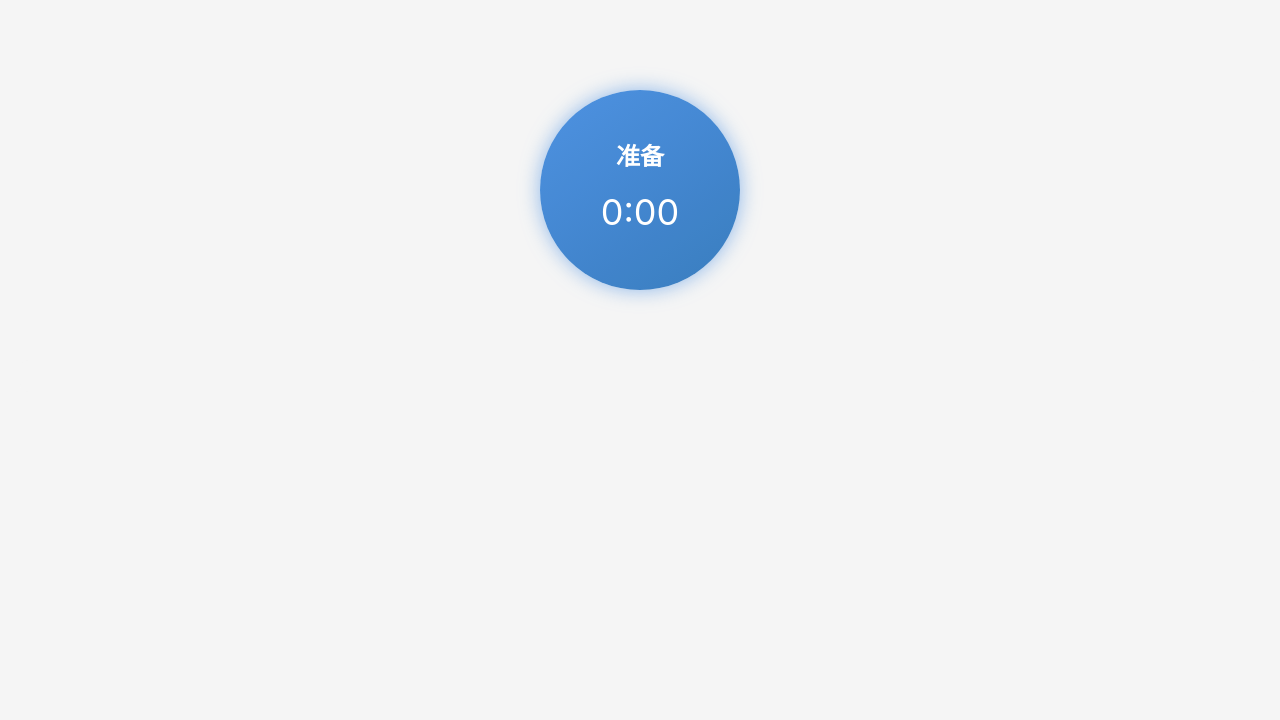
Repository: b55585wy/sync-reactive
Page: /exercise
An editor plug-in stored every save of this project. The page is shown before and after the next save, followed by the edit.
The browser window is 1280 px wide. The pictures show the whole page.
The project was rebuilt for these pictures with package versions that can differ from the ones it lists, and the page was loaded fresh each time. Also part of the build but not shown: vite.config.js, src/views/Home.vue.

Above is the page before, as saved 2024-11-20 16:03:31.

### index.html
<!DOCTYPE html>
<html lang="en">
  <head>
    <meta charset="UTF-8">
    <link rel="icon" href="/favicon.ico">
    <meta name="viewport" content="width=device-width, initial-scale=1.0">
    <title>呼吸训练</title>
    <!-- 添加 Font Awesome 图标 -->
    <link rel="stylesheet" href="https://cdnjs.cloudflare.com/ajax/libs/font-awesome/5.15.4/css/all.min.css">
  </head>
  <body>
    <div id="app"></div>
    <script type="module" src="/src/main.js"></script>
  </body>
</html>

### src/main.js
import { createApp } from 'vue'
import App from './App.vue'
import router from './router'
import { createPinia } from 'pinia'
import './assets/styles/main.css'

const app = createApp(App)
const pinia = createPinia()

app.use(router)
app.use(pinia)

app.mount('#app')

### src/App.vue
<template>
  <div id="app">
    <router-view></router-view>
  </div>
</template>

<script>
export default {
  name: 'App'
}
</script>

<style>
#app {
  width: 100%;
  min-height: 100vh;
}
</style>

### src/router/index.js
import { createRouter, createWebHistory } from 'vue-router'
import Home from '../views/Home.vue'
import Exercise from '../views/Exercise.vue'

const routes = [
  {
    path: '/',
    name: 'Home',
    component: Home
  },
  {
    path: '/exercise',
    name: 'Exercise',
    component: Exercise
  }
]

const router = createRouter({
  history: createWebHistory(),
  routes
})

export default router

### src/assets/styles/main.css
* {
  margin: 0;
  padding: 0;
  box-sizing: border-box;
}

body {
  font-family: -apple-system, BlinkMacSystemFont, 'Segoe UI', Roboto, Oxygen,
    Ubuntu, Cantarell, 'Open Sans', 'Helvetica Neue', sans-serif;
  background-color: #f5f5f5;
  color: #333;
  line-height: 1.6;
}

button {
  cursor: pointer;
  font-family: inherit;
}

button:focus {
  outline: none;
}

### src/views/Exercise.vue
<template>
  <div class="exercise-container">
    <div class="exercise-header">
      <h1>{{ pageTitle }}</h1>
    </div>

    <!-- 呼吸动画 -->
    <breathing-animation
      :phase="currentPhase"
      :is-active="isActive"
      :current-time="currentTime"
    />

    <!-- 准备步骤 -->
    <div class="preparation-steps">
      <div
        v-for="(step, index) in preparationSteps"
        :key="index"
        class="step-item"
        :class="{
          'completed': currentStepIndex > index,
          'active': currentStepIndex === index
        }"
        @click="handleStepClick(index)"
      >
        <div class="step-number">{{ index + 1 }}</div>
        <div class="step-content">
          <h3>{{ step.title }}</h3>
          <p>{{ step.description }}</p>
        </div>
        <div class="step-status">
          <i v-if="currentStepIndex > index" class="icon-check"></i>
        </div>
      </div>
    </div>

    <!-- 开始按钮 -->
    <div class="action-buttons">
      <button
        class="start-button"
        :disabled="!canStart"
        @click="startTraining"
      >
        {{ startButtonText }}
      </button>
    </div>
  </div>
</template>

<script setup>
import { ref, onMounted, onBeforeUnmount } from 'vue'
import { TrainingService } from '@/services/training'
import BreathingAnimation from '@/components/breathing/BreathingAnimation.vue'

const training = new TrainingService()

// 状态
const isPreparationComplete = ref(false)
const showEndConfirm = ref(false)

// 开始训练
async function startTraining() {
  try {
    await training.startTraining()
    isPreparationComplete.value = true
  } catch (error) {
    // 显示错误提示
    console.error('训练启动失败:', error)
  }
}

// 暂停训练
function pauseTraining() {
  training.pauseTraining()
}

// 继续训练
function resumeTraining() {
  training.resumeTraining()
}

// 结束训练
async function endTraining() {
  showEndConfirm.value = true
}

// 确认结束训练
async function confirmEndTraining() {
  await training.stopTraining()
  // 导航到总结页面
  router.push('/summary')
}

// 生命周期钩子
onMounted(() => {
  // 初始化
})

onBeforeUnmount(() => {
  // 清理
  training.stopTraining()
})
</script>

<style scoped>
.exercise-container {
  padding: 20px;
  height: 100vh;
}

.exercise-header {
  text-align: center;
  margin-bottom: 20px;
}

.exercise-header h1 {
  font-size: 24px;
  color: #333;
}

.preparation-steps {
  margin-top: 20px;
}

.step-item {
  display: flex;
  align-items: center;
  padding: 16px;
  margin-bottom: 12px;
  border-radius: 8px;
  background: #f9f9f9;
  transition: all 0.3s ease;
}

.step-item.completed {
  background: #e6f3ff;
  border: 1px solid #4a90e2;
}

.step-item.active {
  background: #e6f3ff;
  border: 1px solid #4a90e2;
}

.step-number {
  width: 32px;
  height: 32px;
  border-radius: 16px;
  background: #4a90e2;
  color: white;
  display: flex;
  align-items: center;
  justify-content: center;
  margin-right: 16px;
}

.step-content h3 {
  font-size: 16px;
  margin-bottom: 4px;
}

.step-content p {
  font-size: 14px;
  color: #666;
}

.step-status {
  margin-left: 16px;
}

.action-buttons {
  display: flex;
  justify-content: center;
  margin-top: 20px;
}

.start-button {
  width: 100%;
  padding: 16px;
  border: none;
  border-radius: 8px;
  font-size: 16px;
  cursor: pointer;
  transition: all 0.3s ease;
}

.start-button:disabled {
  background: #f5f5f5;
  color: #666;
}
</style>

### src/services/training.ts
import { ref, computed } from 'vue'
import { BluetoothService } from './bluetooth'

export class TrainingService {
  private bluetooth = new BluetoothService()

  // 训练状态
  private state = ref({
    phase: 'prepare',
    elapsedTime: 0,
    breathingValue: 0,
    maxInhale: 0,
    maxExhale: 0,
    cycles: 0,
    isActive: false
  })

  // 训练设置
  private settings = ref({
    duration: 180, // 3分钟
    inhaleTime: 4,
    holdTime: 4,
    exhaleTime: 4,
    restTime: 2,
    targetCycles: 10
  })

  // 计时器
  private timer: number | null = null

  // 计算属性
  readonly progress = computed(() => {
    return (this.state.value.elapsedTime / (this.settings.value.duration * 60)) * 100
  })

  readonly currentPhase = computed(() => this.state.value.phase)

  readonly isActive = computed(() => this.state.value.isActive)

  async startTraining() {
    try {
      // 连接设备
      await this.bluetooth.connect()

      // 初始化训练状态
      this.state.value = {
        phase: 'inhale',
        elapsedTime: 0,
        breathingValue: 0,
        maxInhale: 0,
        maxExhale: 0,
        cycles: 0,
        isActive: true
      }

      // 启动计时器
      this.startTimer()

      return true
    } catch (error) {
      console.error('开始训练失败:', error)
      throw error
    }
  }

  pauseTraining() {
    if (this.timer) {
      clearInterval(this.timer)
      this.timer = null
    }
    this.state.value.isActive = false
  }

  resumeTraining() {
    this.state.value.isActive = true
    this.startTimer()
  }

  async stopTraining() {
    // 停止计时器
    if (this.timer) {
      clearInterval(this.timer)
      this.timer = null
    }

    // 断开设备
    await this.bluetooth.disconnect()

    // 保存训练数据
    this.saveTrainingData()

    // 重置状态
    this.state.value.isActive = false
  }

  private startTimer() {
    this.timer = setInterval(() => {
      if (this.state.value.isActive) {
        this.state.value.elapsedTime++
        this.updatePhase()
      }
    }, 1000)
  }

  private updatePhase() {
    const { inhaleTime, holdTime, exhaleTime, restTime } = this.settings.value
    const totalCycleTime = inhaleTime + holdTime + exhaleTime + restTime
    const timeInCycle = this.state.value.elapsedTime % totalCycleTime

    if (timeInCycle < inhaleTime) {
      this.state.value.phase = 'inhale'
    } else if (timeInCycle < inhaleTime + holdTime) {
      this.state.value.phase = 'hold'
    } else if (timeInCycle < inhaleTime + holdTime + exhaleTime) {
      this.state.value.phase = 'exhale'
    } else {
      this.state.value.phase = 'rest'
    }

    // 完成一个周期
    if (timeInCycle === 0) {
      this.state.value.cycles++
    }
  }

  private saveTrainingData() {
    const trainingData = {
      date: new Date().toISOString(),
      duration: this.state.value.elapsedTime,
      cycles: this.state.value.cycles,
      maxInhale: this.state.value.maxInhale,
      maxExhale: this.state.value.maxExhale
    }

    // 保存到本地存储或发送到服务器
    // ...
  }
}

### src/components/breathing/BreathingAnimation.vue
<template>
  <div class="breathing-circle-container">
    <div class="breathing-circle" :class="[phase, { active: isActive }]">
      <div class="circle-content">
        <div class="phase-text">{{ phaseText }}</div>
        <div class="timer">{{ formatTime }}</div>
      </div>
    </div>
  </div>
</template>

<script>
import { computed } from 'vue'

export default {
  name: 'BreathingAnimation',

  props: {
    phase: {
      type: String,
      default: 'prepare'
    },
    isActive: {
      type: Boolean,
      default: false
    },
    currentTime: {
      type: Number,
      default: 0
    }
  },

  setup(props) {
    const phaseText = computed(() => {
      const phases = {
        prepare: '准备',
        inhale: '吸气',
        hold: '屏息',
        exhale: '呼气',
        rest: '休息'
      }
      return phases[props.phase] || ''
    })

    const formatTime = computed(() => {
      const minutes = Math.floor(props.currentTime / 60)
      const seconds = props.currentTime % 60
      return `${minutes}:${seconds.toString().padStart(2, '0')}`
    })

    return {
      phaseText,
      formatTime
    }
  }
}
</script>

<style scoped>
.breathing-circle-container {
  display: flex;
  justify-content: center;
  align-items: center;
  height: 300px;
}

.breathing-circle {
  width: 200px;
  height: 200px;
  border-radius: 50%;
  background: linear-gradient(145deg, #4a90e2, #357abd);
  display: flex;
  justify-content: center;
  align-items: center;
  transition: all 0.5s ease;
  box-shadow: 0 4px 15px rgba(74, 144, 226, 0.3);
  position: relative;
  overflow: hidden;
}

.circle-content {
  color: white;
  text-align: center;
  z-index: 2;
}

.phase-text {
  font-size: 24px;
  font-weight: bold;
  margin-bottom: 8px;
}

.timer {
  font-size: 36px;
}

/* 呼吸动画效果 */
.breathing-circle.inhale {
  animation: inhale 4s ease-in-out infinite;
}

.breathing-circle.exhale {
  animation: exhale 4s ease-in-out infinite;
}

.breathing-circle.hold {
  animation: pulse 1s ease-in-out infinite;
}

.breathing-circle.prepare {
  animation: glow 2s ease-in-out infinite;
}

@keyframes inhale {
  0% {
    transform: scale(1);
    opacity: 0.8;
  }
  50% {
    transform: scale(1.2);
    opacity: 1;
  }
  100% {
    transform: scale(1);
    opacity: 0.8;
  }
}

@keyframes exhale {
  0% {
    transform: scale(1.2);
    opacity: 1;
  }
  50% {
    transform: scale(1);
    opacity: 0.8;
  }
  100% {
    transform: scale(1.2);
    opacity: 1;
  }
}

@keyframes pulse {
  0% {
    transform: scale(1.1);
  }
  50% {
    transform: scale(1.15);
  }
  100% {
    transform: scale(1.1);
  }
}

@keyframes glow {
  0% {
    box-shadow: 0 0 5px rgba(74, 144, 226, 0.3);
  }
  50% {
    box-shadow: 0 0 20px rgba(74, 144, 226, 0.6);
  }
  100% {
    box-shadow: 0 0 5px rgba(74, 144, 226, 0.3);
  }
}

/* 添加呼吸波纹效果 */
.breathing-circle::before,
.breathing-circle::after {
  content: '';
  position: absolute;
  width: 100%;
  height: 100%;
  border-radius: 50%;
  background: rgba(255, 255, 255, 0.1);
  animation: ripple 4s infinite;
}

.breathing-circle::after {
  animation-delay: -2s;
}

@keyframes ripple {
  0% {
    transform: scale(1);
    opacity: 0.4;
  }
  100% {
    transform: scale(1.4);
    opacity: 0;
  }
}
</style>

### src/services/bluetooth.ts
import { ref } from 'vue'

export class BluetoothService {
  private device: any = null
  private characteristic: any = null
  private isConnecting = ref(false)
  private isConnected = ref(false)

  // 蓝牙服务 UUID
  private readonly SERVICE_UUID = '0000FFE0-0000-1000-8000-00805F9B34FB'
  private readonly CHAR_UUID = '0000FFE1-0000-1000-8000-00805F9B34FB'

  async connect() {
    if (this.isConnecting.value) return

    try {
      this.isConnecting.value = true

      // 请求蓝牙设备
      const device = await navigator.bluetooth.requestDevice({
        filters: [
          { services: [this.SERVICE_UUID] },
          { namePrefix: 'Breath' }
        ]
      })

      // 连接设备
      const server = await device.gatt.connect()

      // 获取服务
      const service = await server.getPrimaryService(this.SERVICE_UUID)

      // 获取特征值
      this.characteristic = await service.getCharacteristic(this.CHAR_UUID)

      // 启动通知
      await this.characteristic.startNotifications()

      // 监听数据
      this.characteristic.addEventListener('characteristicvaluechanged',
        this.handleValueChange.bind(this))

      this.device = device
      this.isConnected.value = true

      return true
    } catch (error) {
      console.error('蓝牙连接失败:', error)
      throw error
    } finally {
      this.isConnecting.value = false
    }
  }

  async disconnect() {
    if (this.device && this.device.gatt.connected) {
      await this.device.gatt.disconnect()
    }
    this.isConnected.value = false
    this.device = null
    this.characteristic = null
  }

  private handleValueChange(event: any) {
    const value = event.target.value
    const data = new Uint8Array(value.buffer)
    // 处理接收到的数据
    this.processData(data)
  }

  private processData(data: Uint8Array) {
    // 解析数据包
    // 示例: [命令字, 数据长度, ...数据]
    const cmd = data[0]
    const length = data[1]
    const payload = data.slice(2, 2 + length)

    switch (cmd) {
      case 0x01: // 呼吸数据
        this.handleBreathingData(payload)
        break
      case 0x02: // 设备状态
        this.handleDeviceStatus(payload)
        break
      // ... 其他命令处理
    }
  }

  private handleBreathingData(data: Uint8Array) {
    // 处理呼吸数据
    const value = new DataView(data.buffer).getFloat32(0, true)
    // 发出数据更新事件
    this.emit('breathingData', value)
  }

  private handleDeviceStatus(data: Uint8Array) {
    // 处理设备状态
    const status = {
      battery: data[0],
      isCharging: Boolean(data[1]),
      error: data[2]
    }
    // 发出状态更新事件
    this.emit('deviceStatus', status)
  }
}

### src/stores/breathing.js
import { defineStore } from 'pinia'

export const useBreathingStore = defineStore('breathing', {
  state: () => ({
    // 用户训练状态
    userStats: {
      todayMinutes: 0,
      weeklyMinutes: 0,
      monthlyMinutes: 0,
      streakDays: 0,
      lastTrainingDate: null
    },

    // 当前训练状态
    currentSession: {
      isActive: false,
      mode: null, // 'guided' | 'freestyle' | 'custom'
      phase: 'prepare', // 'prepare' | 'inhale' | 'hold' | 'exhale' | 'rest'
      elapsedTime: 0,
      totalTime: 0
    },

    // 呼吸数据
    breathingData: {
      baselineInhale: 0,
      baselineExhale: 0,
      currentValue: 0,
      maxInhale: 0,
      maxExhale: 0
    },

    // 训练设置
    settings: {
      guidedMode: {
        inhaleTime: 4,
        holdTime: 7,
        exhaleTime: 8,
        restTime: 2,
        cycles: 5
      },
      customMode: {
        inhaleTime: 4,
        holdTime: 0,
        exhaleTime: 4,
        restTime: 2,
        cycles: 10
      }
    }
  }),

  actions: {
    startSession(mode, duration) {
      this.currentSession = {
        isActive: true,
        mode,
        phase: 'prepare',
        elapsedTime: 0,
        totalTime: duration * 60 // 转换为秒
      }
    },

    updatePhase(phase) {
      this.currentSession.phase = phase
    },

    updateBreathingValue(value) {
      this.breathingData.currentValue = value

      if (this.currentSession.phase === 'inhale') {
        this.breathingData.maxInhale = Math.max(this.breathingData.maxInhale, value)
      } else if (this.currentSession.phase === 'exhale') {
        this.breathingData.maxExhale = Math.min(this.breathingData.maxExhale, value)
      }
    },

    completeSession() {
      // 更新训练统计
      const duration = this.currentSession.elapsedTime / 60 // 转换为分钟
      this.userStats.todayMinutes += duration
      this.userStats.weeklyMinutes += duration
      this.userStats.monthlyMinutes += duration
      this.userStats.lastTrainingDate = new Date().toISOString()

      // 重置当前会话
      this.currentSession.isActive = false
    }
  },

  getters: {
    currentPhaseTime() {
      const { phase, mode } = this.currentSession
      if (mode === 'guided') {
        return this.settings.guidedMode[`${phase}Time`] || 0
      }
      return this.settings.customMode[`${phase}Time`] || 0
    },

    sessionProgress() {
      if (!this.currentSession.totalTime) return 0
      return (this.currentSession.elapsedTime / this.currentSession.totalTime) * 100
    }
  }
})

After the next save:
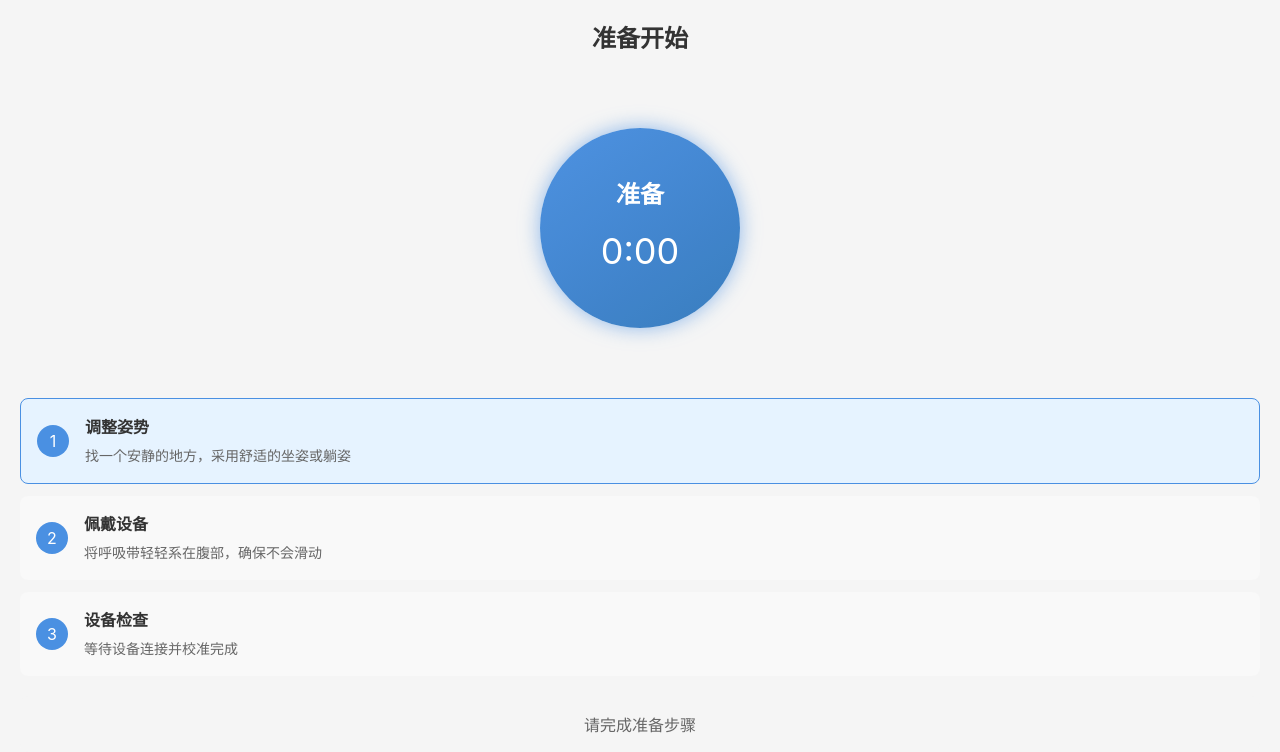
Saved 6 s later.
--- a/src/views/Exercise.vue
+++ b/src/views/Exercise.vue
@@ -47,59 +47,94 @@
   </div>
 </template>
 
-<script setup>
-import { ref, onMounted, onBeforeUnmount } from 'vue'
-import { TrainingService } from '@/services/training'
+<script>
+import { ref, computed } from 'vue'
+import { useRouter } from 'vue-router'
 import BreathingAnimation from '@/components/breathing/BreathingAnimation.vue'
-
-const training = new TrainingService()
-
-// 状态
-const isPreparationComplete = ref(false)
-const showEndConfirm = ref(false)
-
-// 开始训练
-async function startTraining() {
-  try {
-    await training.startTraining()
-    isPreparationComplete.value = true
-  } catch (error) {
-    // 显示错误提示
-    console.error('训练启动失败:', error)
+import { useBreathingStore } from '@/stores/breathing'
+
+export default {
+  name: 'Exercise',
+
+  components: {
+    BreathingAnimation
+  },
+
+  setup() {
+    const router = useRouter()
+    const store = useBreathingStore()
+    const currentStepIndex = ref(0)
+    const isActive = ref(false)
+    const currentTime = ref(0)
+    const deviceConnected = ref(false)
+
+    const preparationSteps = [
+      {
+        title: '调整姿势',
+        description: '找一个安静的地方，采用舒适的坐姿或躺姿',
+        action: () => { /* 姿势调整逻辑 */ }
+      },
+      {
+        title: '佩戴设备',
+        description: '将呼吸带轻轻系在腹部，确保不会滑动',
+        action: async () => {
+          // 尝试连接设备
+          try {
+            await store.connectDevice()
+            deviceConnected.value = true
+          } catch (error) {
+            console.error('设备连接失败:', error)
+          }
+        }
+      },
+      {
+        title: '设备检查',
+        description: '等待设备连接并校准完成',
+        action: async () => {
+          // 设备校准逻辑
+          await store.calibrateDevice()
+        }
+      }
+    ]
+
+    const handleStepClick = async (index) => {
+      if (index <= currentStepIndex.value + 1) {
+        currentStepIndex.value = index
+        await preparationSteps[index].action()
+      }
+    }
+
+    const startTraining = () => {
+      if (canStart.value) {
+        store.startSession()
+        router.push('/training')
+      }
+    }
+
+    const pageTitle = computed(() => '准备开始')
+    const currentPhase = computed(() => 'prepare')
+    const canStart = computed(() =>
+      currentStepIndex.value === preparationSteps.length - 1 &&
+      deviceConnected.value
+    )
+    const startButtonText = computed(() =>
+      canStart.value ? '开始训练' : '请完成准备步骤'
+    )
+
+    return {
+      currentStepIndex,
+      preparationSteps,
+      isActive,
+      currentTime,
+      currentPhase,
+      pageTitle,
+      canStart,
+      startButtonText,
+      handleStepClick,
+      startTraining
+    }
   }
 }
-
-// 暂停训练
-function pauseTraining() {
-  training.pauseTraining()
-}
-
-// 继续训练
-function resumeTraining() {
-  training.resumeTraining()
-}
-
-// 结束训练
-async function endTraining() {
-  showEndConfirm.value = true
-}
-
-// 确认结束训练
-async function confirmEndTraining() {
-  await training.stopTraining()
-  // 导航到总结页面
-  router.push('/summary')
-}
-
-// 生命周期钩子
-onMounted(() => {
-  // 初始化
-})
-
-onBeforeUnmount(() => {
-  // 清理
-  training.stopTraining()
-})
 </script>
 
 <style scoped>
